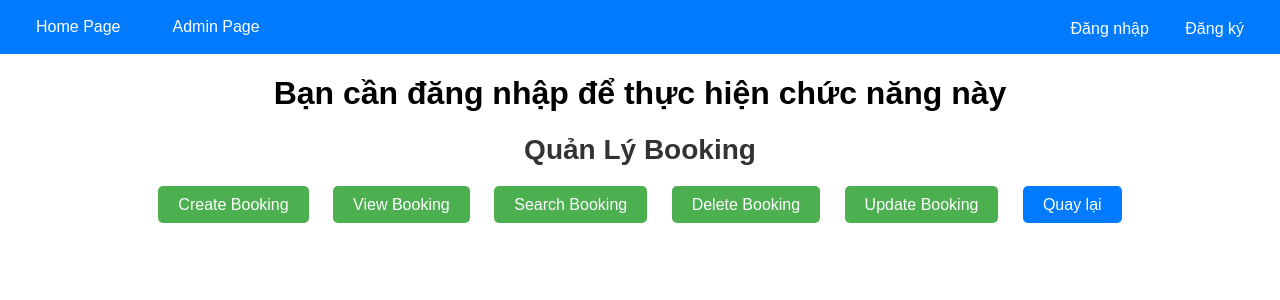
Repository: Loc2804/LTM
Page: http://localhost/RestaurantProject/Index_booking.jsp
The author's editor kept a copy of each file at every save. The page is drawn from the files as they stood at one save, then again after the next save.
The browser window is 1280 px wide. The pictures show the whole page.
The page is served by Tomcat 10.

Above is the page before, as saved 2024-12-12 11:13:58.

After the next save:
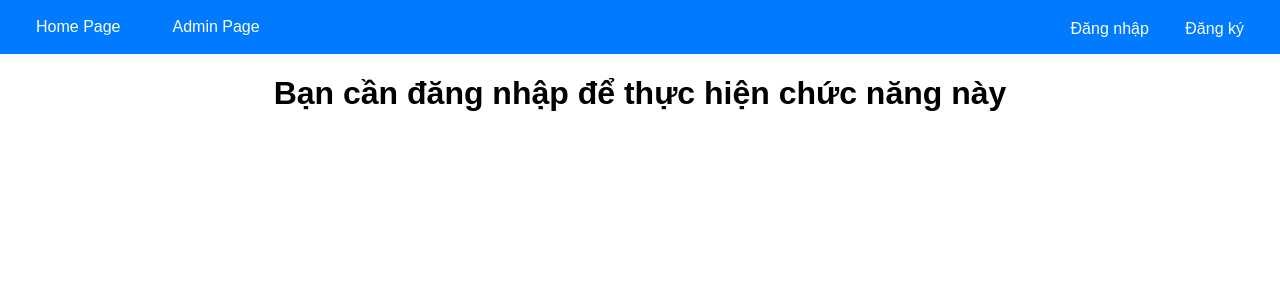
Saved 12 s later.
--- a/RestaurantProject/src/main/webapp/Index_booking.jsp
+++ b/RestaurantProject/src/main/webapp/Index_booking.jsp
@@ -143,10 +143,7 @@
 	        	</div>
 	        </form>
         </div>
-        <%
-        	}
-        %>
-    <div class="header">
+        <div class="header">
         <h1>Quản Lý Booking</h1>
     </div>
 
@@ -164,6 +161,10 @@
         <!-- Nút Quay Lại -->
         <a href="home.jsp" class="button" style="background-color: #007BFF;">Quay lại</a>
     </div>
+        <%
+        	}
+        %>
+
 
 </body>
 </html>
